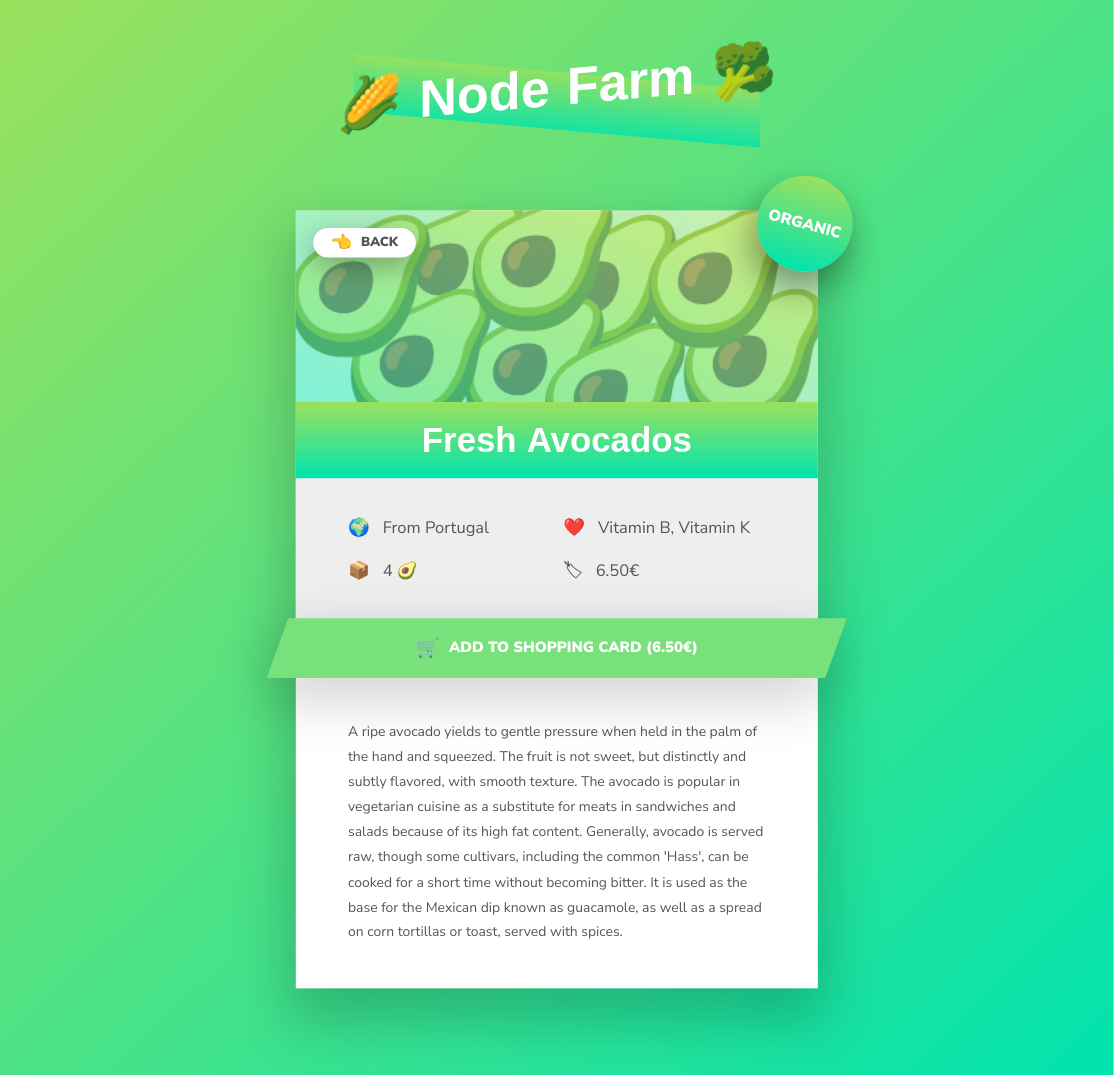
Repository: 13-Joban/Node_Farm_Backend
Page: templates/product.html
An editor plug-in stored every save of this project. The page is shown before and after the next save, followed by the edit.
The browser window is 1280 px wide. The pictures show the whole page, at 87% of full size.
Some web fonts or font styles are not loaded; a fallback is used.

Above is the page before, as saved 2022-07-16 16:57:17.

### templates/product.html
<!DOCTYPE html>
<html lang="en">
  <head>
    <meta charset="UTF-8" />
    <meta name="viewport" content="width=device-width, initial-scale=1.0" />
    <meta http-equiv="X-UA-Compatible" content="ie=edge" />
    <link
      href="https://fonts.googleapis.com/css?family=Megrim|Nunito+Sans:400,900"
      rel="stylesheet"
    />
    <link
      rel="icon"
      href="https://emojipedia-us.s3.dualstack.us-west-1.amazonaws.com/thumbs/240/apple/155/ear-of-maize_1f33d.png"
    />

    <title>Fresh Avocados 🥑 /// NODE FARM</title>

    <style>
      *,
      *::before,
      *::after {
        margin: 0;
        padding: 0;
        box-sizing: inherit;
      }

      html {
        font-size: 62.5%;
        box-sizing: border-box;
      }

      body {
        padding: 5rem 5rem 10rem;
        line-height: 1.7;
        font-family: 'Nunito Sans', sans-serif;
        color: #555;
        min-height: 100vh;
        background: linear-gradient(to bottom right, #9be15d, #00e3ae);
      }

      h1 {
        font-family: 'Megrim', sans-serif;
        font-size: 6rem;
        color: white;
        transform: skewY(-5deg);
        text-align: center;
        position: relative;
        word-spacing: 3px;
      }

      h1::before {
        content: '';
        display: block;
        height: 65%;
        width: 49%;
        position: absolute;
        top: 105%;
        left: 50%;
        background: linear-gradient(to bottom, #9be15d, #00e3ae);
        opacity: 0.8;
        z-index: -1;
        transform: skewY(370deg) translate(-50%, -50%);
      }

      .container {
        width: 95rem;
        margin: 0 auto;
      }

      .product {
        width: 60rem;
        margin: 0 auto;
        margin-top: 9rem;
        background: white;
        box-shadow: 0 3rem 6rem 1rem rgba(0, 0, 0, 0.2);
        position: relative;
      }

      .product__hero {
        position: relative;
        height: 22rem;
        overflow: hidden;
      }

      .product__hero::before {
        content: '';
        display: block;
        height: 100%;
        width: 100%;
        position: absolute;
        top: 0;
        left: 0;
        background-image: linear-gradient(to left bottom, #9be15d, #00e3ae);
        opacity: 0.5;
        z-index: 100;
      }

      .product__emoji {
        font-size: 15rem;
        position: absolute;
      }

      .product__emoji--1 {
        top: -4rem;
        left: -2rem;
        z-index: 10;
      }

      .product__emoji--2 {
        top: -6rem;
        left: 9rem;
      }

      .product__emoji--3 {
        top: -4rem;
        right: 15rem;
      }

      .product__emoji--4 {
        top: -5rem;
        right: 2rem;
        z-index: 10;
      }

      .product__emoji--5 {
        bottom: -9rem;
        left: 18rem;
      }

      .product__emoji--6 {
        bottom: -8rem;
        left: 5rem;
      }

      .product__emoji--7 {
        bottom: -12rem;
        right: 14rem;
      }

      .product__emoji--8 {
        bottom: -8rem;
        right: -2rem;
      }

      .product__emoji--9 {
        top: -7rem;
        left: 19rem;
      }

      .product__organic {
        position: absolute;
        top: -4rem;
        right: -4rem;
        z-index: 1000;
        height: 11rem;
        width: 11rem;
        background-image: linear-gradient(to bottom, #9be15d, #00e3ae);
        border-radius: 50%;
        transform: rotate(15deg);
        box-shadow: 0 2rem 4rem rgba(0, 0, 0, 0.4);
        display: flex;
        align-items: center;
        justify-content: center;
      }

      .product__organic h5 {
        font-weight: 900;
        text-transform: uppercase;
        font-size: 1.8rem;
        color: white;
      }

      .product__back:link,
      .product__back:visited {
        position: absolute;
        top: 2rem;
        left: 2rem;
        font-size: 1.5rem;
        font-weight: 700;
        text-transform: uppercase;
        text-decoration: none;
        z-index: 1000;
        color: #555;
        background-color: white;
        box-shadow: 0 1rem 3rem rgba(0, 0, 0, 0.3);
        border-radius: 100rem;
        padding: 0 2rem;
        transition: all 0.3s;
        display: flex;
        align-items: center;
      }

      .product__back:hover,
      .product__back:active {
        background-color: #79e17b;
      }

      .product__name {
        background: linear-gradient(to bottom, #9be15d, #00e3ae);
        padding: 1rem;
        font-family: 'Megrim', sans-serif;
        font-size: 4rem;
        color: white;
        text-align: center;
        word-spacing: 2px;
      }

      .product__details {
        background-color: #eee;
        padding: 4rem 6rem;
        font-size: 1.9rem;
        display: grid;
        grid-template-columns: 1fr 1fr;
        grid-gap: 1.5rem;
      }

      .product__description {
        padding: 5rem 6rem;
        font-size: 1.6rem;
        line-height: 1.8;
      }

      .product__link:link,
      .product__link:visited {
        display: block;
        background-color: #79e17b;
        color: white;
        font-size: 1.6rem;
        font-weight: 700;
        text-transform: uppercase;
        text-decoration: none;
        padding: 1.5rem;
        text-align: center;
        transform: scale(1.07) skewX(-20deg);
        box-shadow: 0 2rem 6rem rgba(0, 0, 0, 0.2);
        display: flex;
        align-items: center;
        justify-content: center;
        transition: all 0.3s;
      }

      .product__link:hover,
      .product__link:active {
        background-color: #9be15d;
        transform: scale(1.1) skewX(-20deg);
      }

      .product__link span {
        transform: skewX(20deg);
      }

      .emoji-left {
        font-size: 2rem;
        margin-right: 1rem;
      }

      .emoji-right {
        font-size: 2rem;
        margin-left: 1rem;
      }

      .not-organic {
        display: none;
      }
    </style>
  </head>

  <body>
    <div class="container">
      <h1>🌽 Node Farm 🥦</h1>

      <figure class="product">
        <div class="product__organic"><h5>Organic</h5></div>
        <a href="#" class="product__back">
          <span class="emoji-left">👈</span>Back
        </a>
        <div class="product__hero">
          <span class="product__emoji product__emoji--1">🥑</span>
          <span class="product__emoji product__emoji--2">🥑</span>
          <span class="product__emoji product__emoji--3">🥑</span>
          <span class="product__emoji product__emoji--4">🥑</span>
          <span class="product__emoji product__emoji--5">🥑</span>
          <span class="product__emoji product__emoji--6">🥑</span>
          <span class="product__emoji product__emoji--7">🥑</span>
          <span class="product__emoji product__emoji--8">🥑</span>
          <span class="product__emoji product__emoji--9">🥑</span>
        </div>
        <h2 class="product__name">Fresh Avocados</h2>
        <div class="product__details">
          <p><span class="emoji-left">🌍</span> From Portugal</p>
          <p><span class="emoji-left">❤️</span> Vitamin B, Vitamin K</p>
          <p><span class="emoji-left">📦</span> 4 🥑</p>
          <p><span class="emoji-left">🏷</span> 6.50€</p>
        </div>

        <a href="#" class="product__link">
          <span class="emoji-left">🛒</span>
          <span>Add to shopping card (6.50€)</span>
        </a>

        <p class="product__description">
          A ripe avocado yields to gentle pressure when held in the palm of the
          hand and squeezed. The fruit is not sweet, but distinctly and subtly
          flavored, with smooth texture. The avocado is popular in vegetarian
          cuisine as a substitute for meats in sandwiches and salads because of
          its high fat content. Generally, avocado is served raw, though some
          cultivars, including the common 'Hass', can be cooked for a short time
          without becoming bitter. It is used as the base for the Mexican dip
          known as guacamole, as well as a spread on corn tortillas or toast,
          served with spices.
        </p>
      </figure>

    </div>
  </body>
</html>

After the next save:
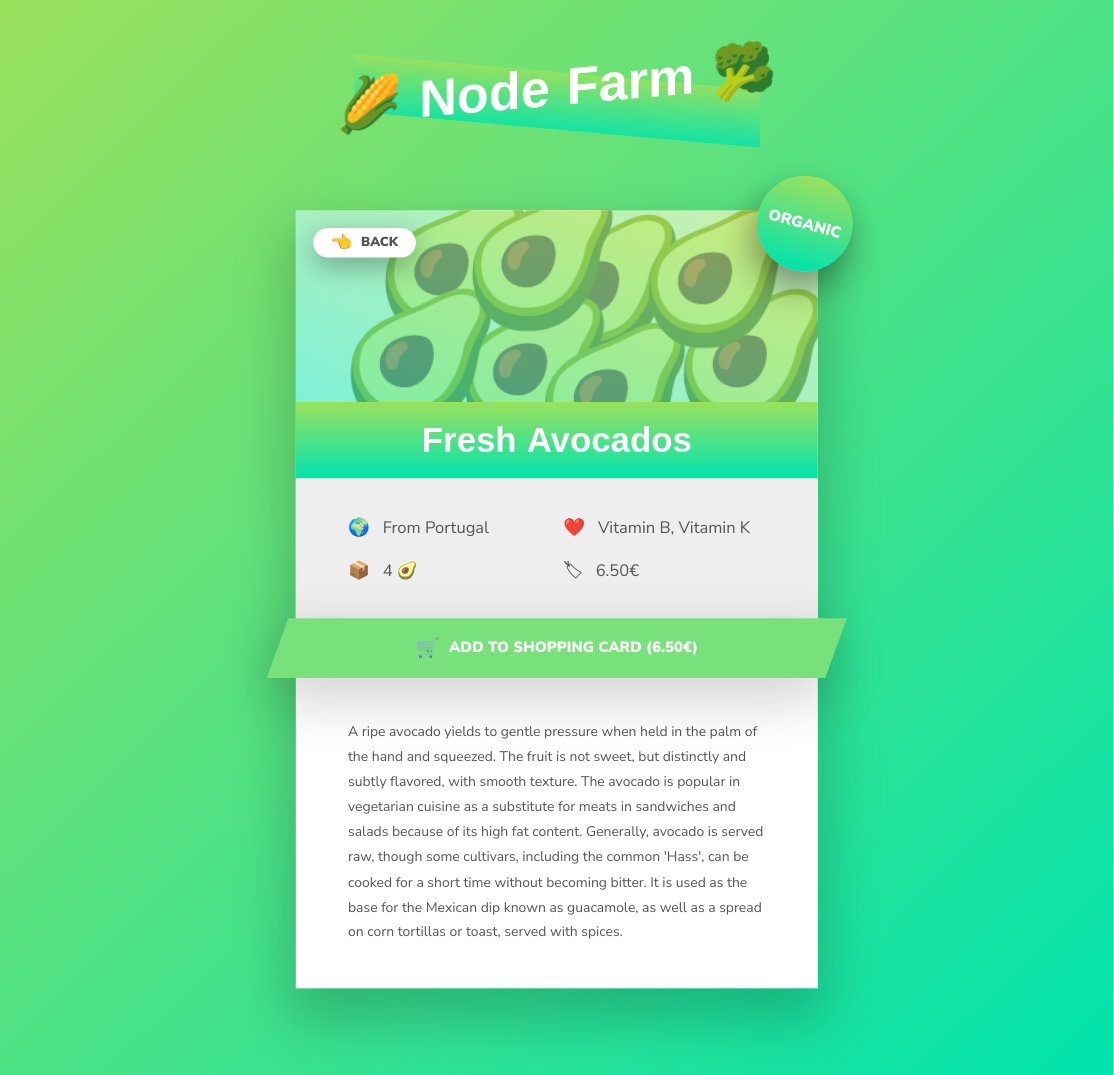
Saved 9 s later.
--- a/templates/product.html
+++ b/templates/product.html
@@ -275,7 +275,7 @@
           <span class="emoji-left">👈</span>Back
         </a>
         <div class="product__hero">
-          <span class="product__emoji product__emoji--1">🥑</span>
+          <span class="product__emoji product__emoji--1"></span>
           <span class="product__emoji product__emoji--2">🥑</span>
           <span class="product__emoji product__emoji--3">🥑</span>
           <span class="product__emoji product__emoji--4">🥑</span>

After the save that followed:
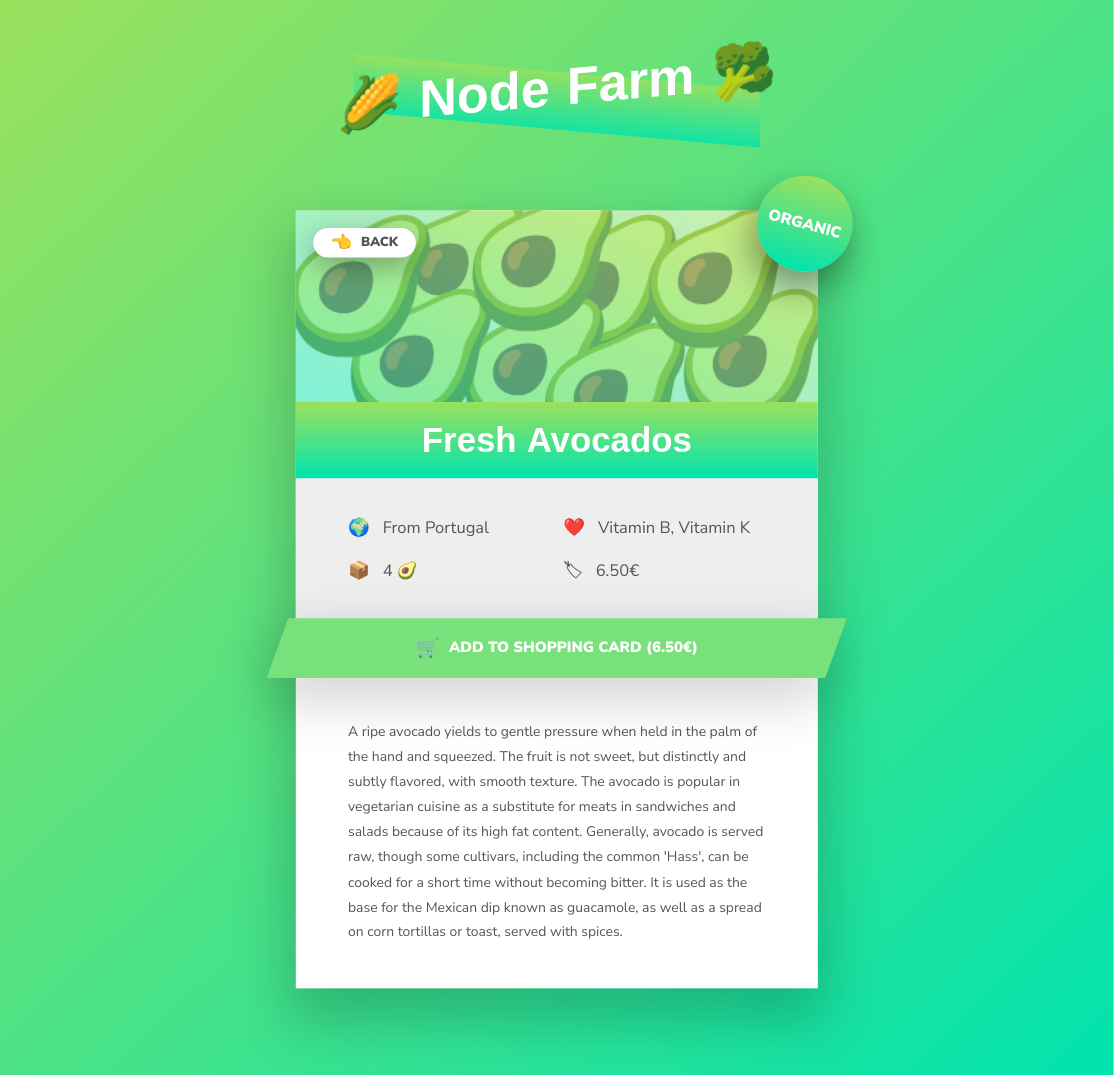
Saved 4 s later.
--- a/templates/product.html
+++ b/templates/product.html
@@ -275,7 +275,7 @@
           <span class="emoji-left">👈</span>Back
         </a>
         <div class="product__hero">
-          <span class="product__emoji product__emoji--1"></span>
+          <span class="product__emoji product__emoji--1">🥑</span>
           <span class="product__emoji product__emoji--2">🥑</span>
           <span class="product__emoji product__emoji--3">🥑</span>
           <span class="product__emoji product__emoji--4">🥑</span>
